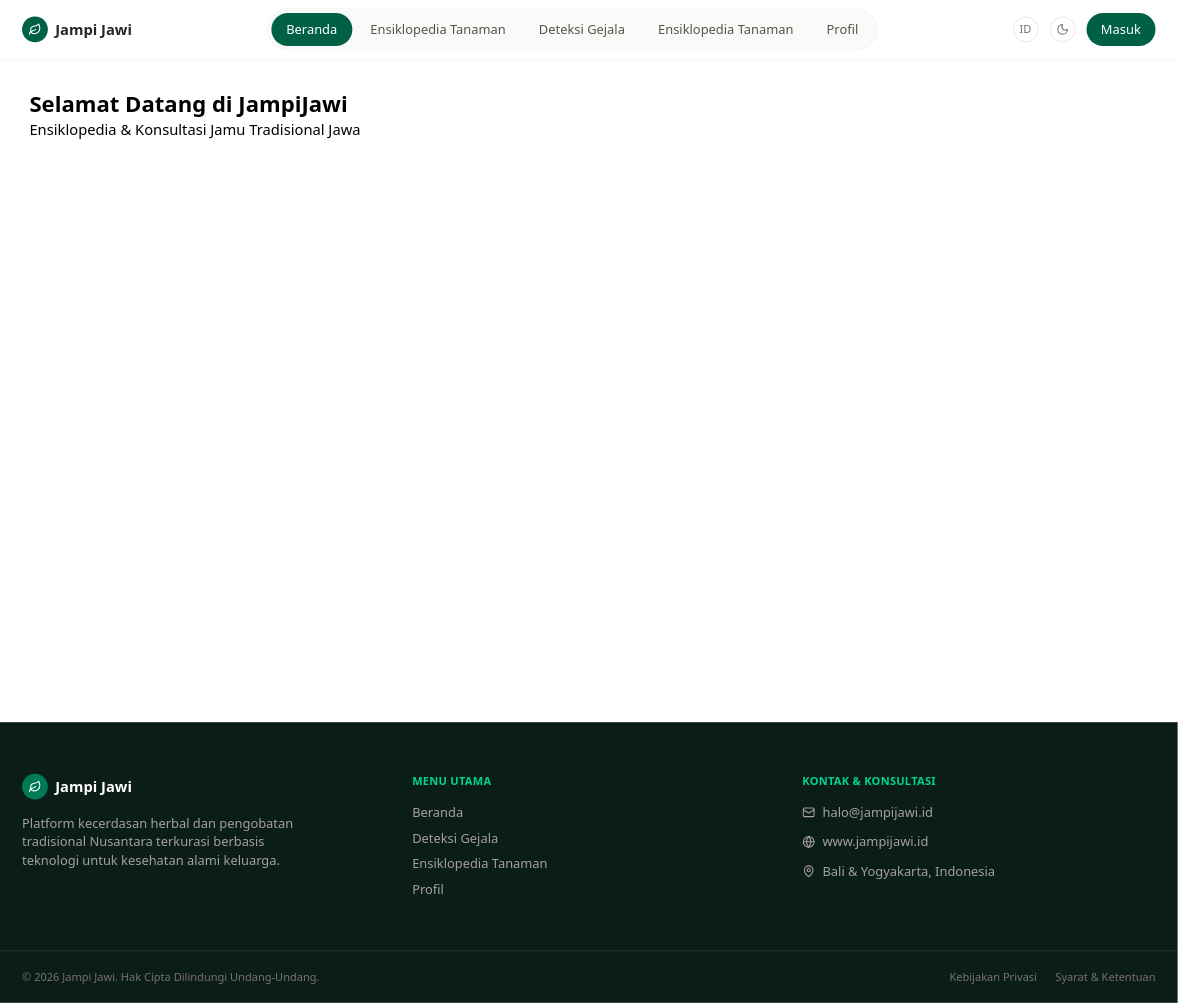
Repository: VergiMutiaRahmasyani/JampiJawi
Page: /
These files come from the project's save history. The page is drawn as it stood at one moment and after the next save; the edit follows.
The browser window is 1280 px wide. The pictures show the whole page, at 92% of full size.
The project was rebuilt for these pictures with package versions that can differ from the ones it lists, and the page was loaded fresh each time. Also part of the build but not shown: vite.config.js, src/components/shared/ProtectedRoute.jsx, src/pages/LoginPage.jsx, src/pages/RegisterPage.jsx, src/pages/EnsiklopediaPage.jsx, src/pages/DetailHerbalPage.jsx, src/pages/RekomendasiPage.jsx, src/pages/HasilRekomendasiPage.jsx and 5 more.

Above is the page before, as saved 2026-09-09 20:21:49.

After the next save:
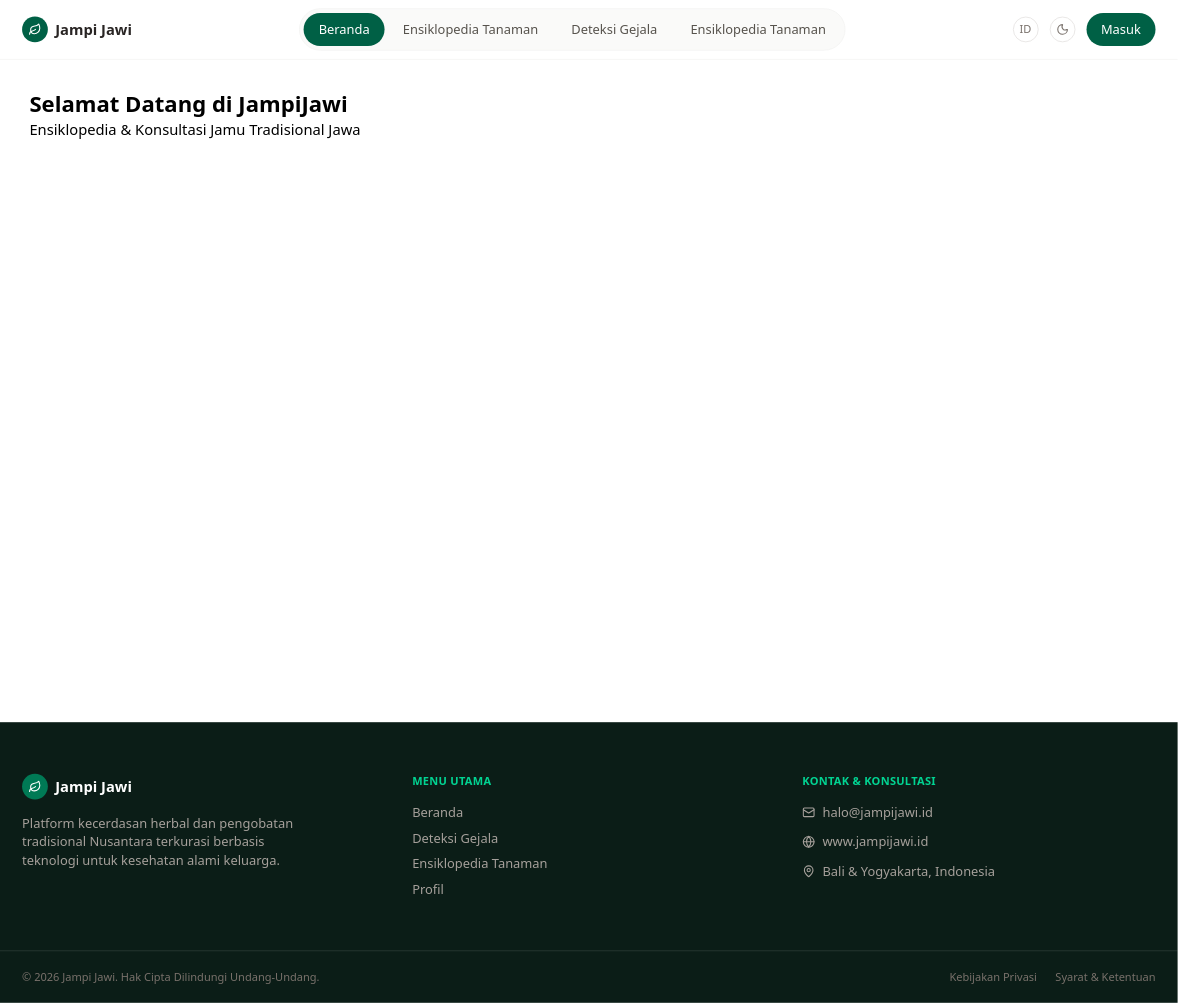
Saved 6 s later.
--- a/src/components/layout/Navbar.jsx
+++ b/src/components/layout/Navbar.jsx
@@ -7,7 +7,7 @@ const menu = [
   { label: "Ensiklopedia Tanaman", to: "/ensiklopedia" },
   { label: "Deteksi Gejala", to: "/rekomendasi" },
   { label: "Ensiklopedia Tanaman", to: "/ensiklopedia" },
-  { label: "Profil", to: "/profil" },
+
 ];
 
 export default function Navbar() {
